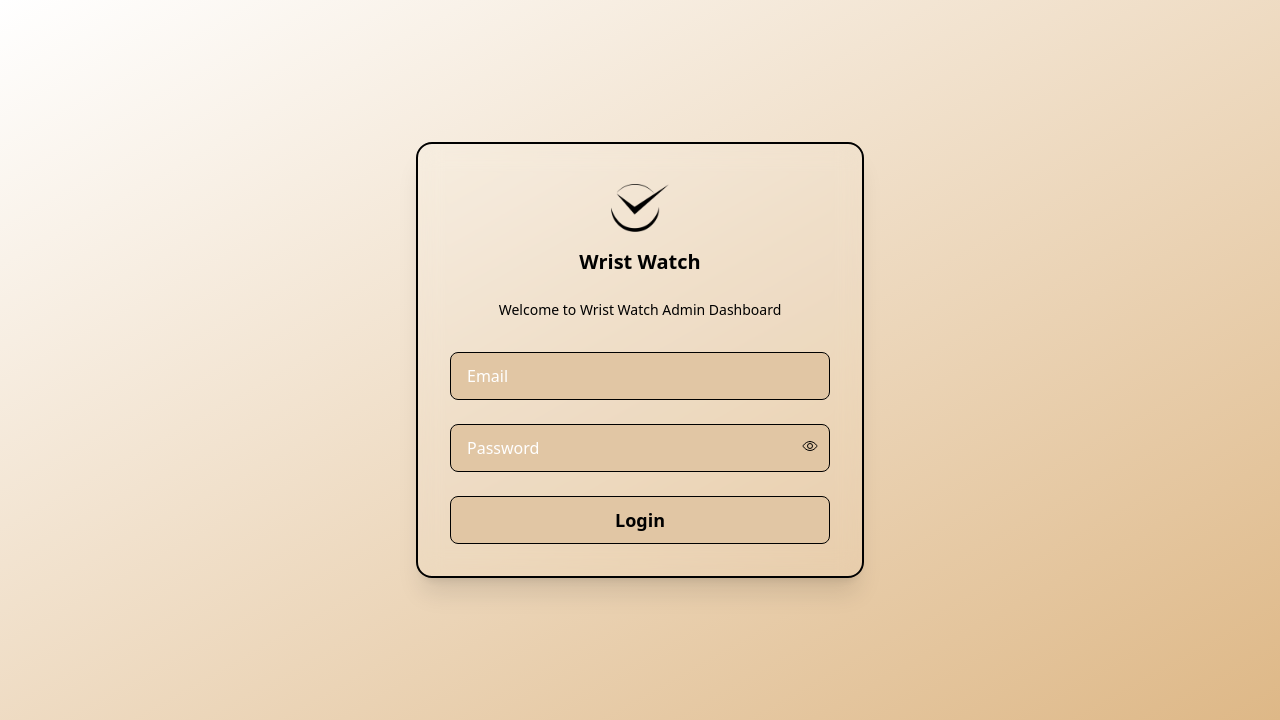
Repository: mansibhanushali/online_watch_ecommerce_mernstack_webapplication
Page: / (app in admin/)
These files come from the project's save history. The page is drawn as it stood at one moment and after the next save; the edit follows.
The browser window is 1280 px wide. The pictures show the whole page.
The project was rebuilt for these pictures with package versions that can differ from the ones it lists, and the page was loaded fresh each time. Also part of the build but not shown: admin/vite.config.js, admin/src/component/Nav.jsx, admin/src/pages/Home.jsx, admin/src/component/Loading.jsx, admin/src/pages/Add.jsx, admin/src/pages/Lists.jsx, admin/src/pages/Orders.jsx.

Above is the page before, as saved 2025-08-16 18:05:31.

After the next save:
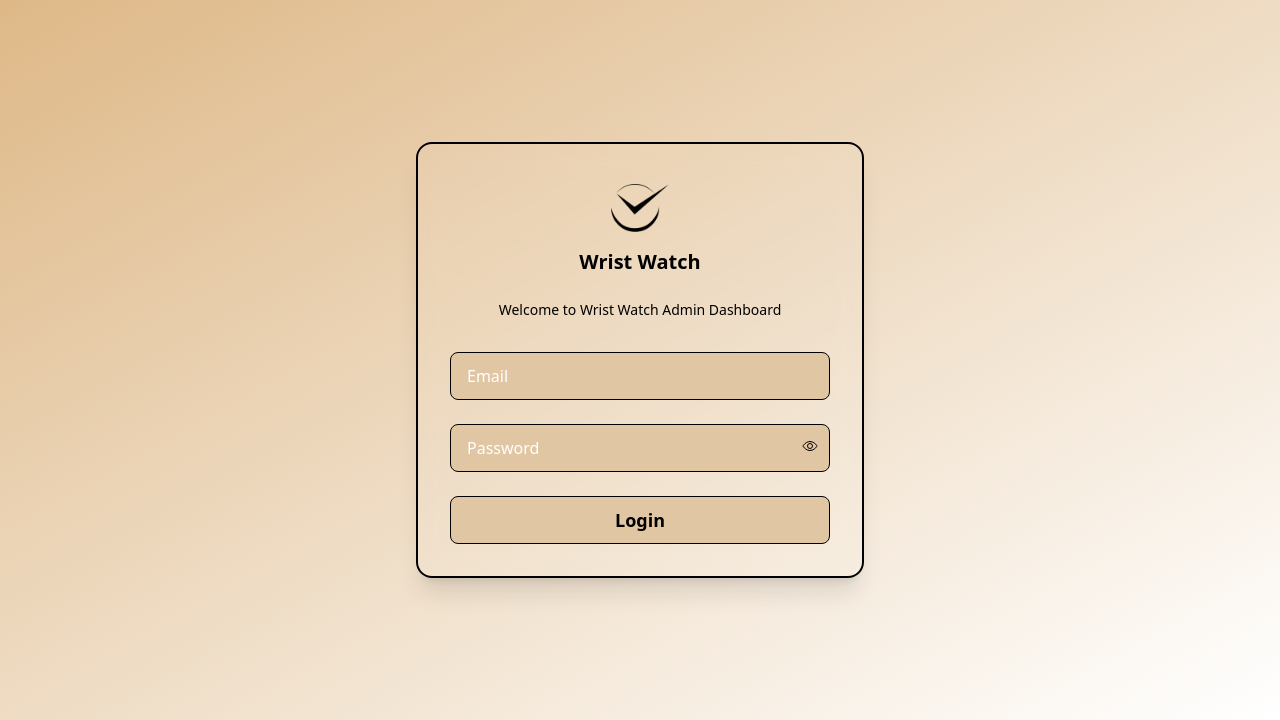
Saved 21 s later.
--- a/admin/src/pages/Login.jsx
+++ b/admin/src/pages/Login.jsx
@@ -45,7 +45,7 @@ const AdminLogin = async (e) => {
 
 
   return (
-    <div className="w-screen h-screen bg-gradient-to-br from-[burlwood] to-[burlywood] text-black flex items-center justify-center px-4">
+    <div className="w-screen h-screen bg-gradient-to-br from-[burlywood] to-[burlwood] text-black flex items-center justify-center px-4">
       <div className="w-full max-w-md bg-white/5 backdrop-blur-md border-2 border-black rounded-2xl shadow-xl p-8 flex flex-col items-center">
 
         <div className="flex flex-col items-center mb-4">
